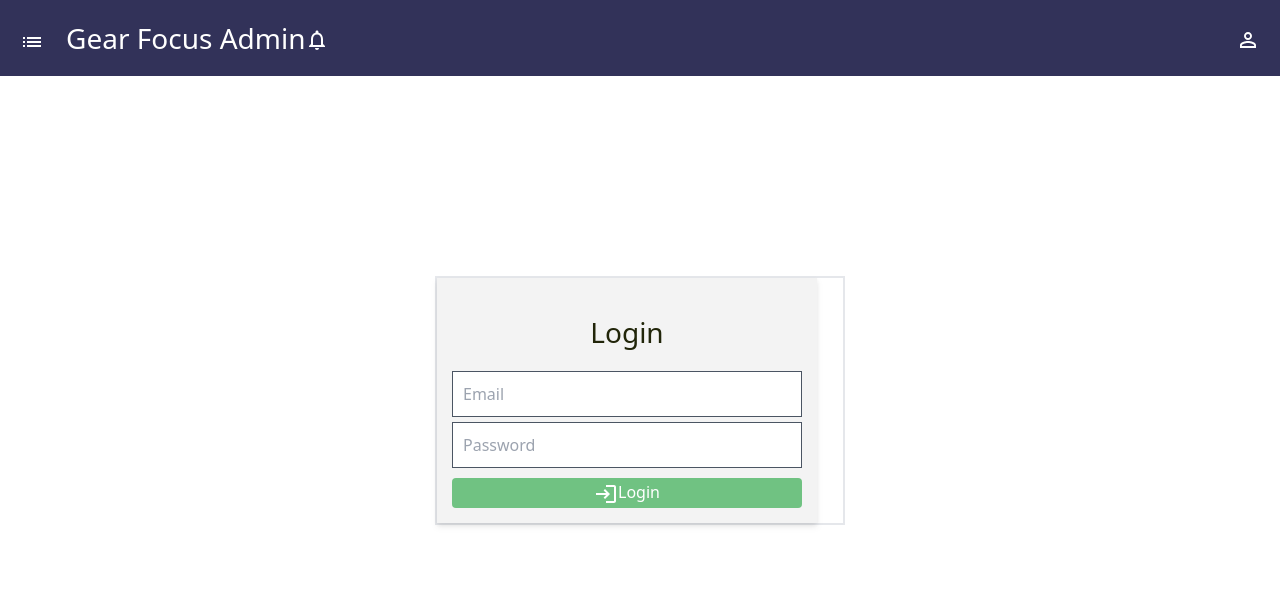
Repository: Kiendz3202/projectFinalPGS
Page: /
These files come from the project's save history. The page is drawn as it stood at one moment and after the next save; the edit follows.
The browser window is 1280 px wide. The pictures show the whole page.
The project was rebuilt for these pictures with package versions that can differ from the ones it lists, and the page was loaded fresh each time. Also part of the build but not shown: src/App.css, src/pages/HomePage.tsx, src/ProtectedRoute.tsx.

Above is the page before, as saved 2022-03-07 22:48:57.

### src/index.tsx
import React from 'react';
import ReactDOM from 'react-dom';
import './index.css';
import App from './App';
import { BrowserRouter} from 'react-router-dom'

ReactDOM.render(
  <BrowserRouter>
    <App />
  </BrowserRouter>,
  document.getElementById('root')
);

### src/App.tsx
import React, { Fragment } from 'react';
import logo from './logo.svg';
import './App.css';
import LoginPage from './pages/LoginPage';
import Router from './Router';
import Header from './components/header/Header';

function App() {
  return (
    <Fragment>
    <Header />
    <Router />
    </Fragment>
  );
}

export default App;

### src/Router.tsx
import React, { lazy } from 'react';
import { Route, Routes,BrowserRouter,Navigate } from 'react-router-dom';
import {ROUTES} from './config/Routes'
import ProtectedRoute from './ProtectedRoute';
import { Suspense } from 'react';


const HomePage = lazy(() => import('./pages/HomePage'));
const LoginPage = lazy(() => import('./pages/LoginPage'));

interface Props {}

const Router = (props: Props) => {

  return (
    <Suspense fallback={<div>Loading.....</div>}>
      <Routes>
        <Route path={ROUTES.login} element={<LoginPage />} />
        <Route path={ROUTES.home} element={<ProtectedRoute />} />
        <Route path="/" element={<Navigate to={ROUTES.login} />} />
      </Routes>
    </Suspense>
  );
};

export default Router

### src/components/header/Header.tsx
import React from 'react'
import ListIcon from '@mui/icons-material/List';
import NotificationsNoneIcon from '@mui/icons-material/NotificationsNone';
import PersonOutlineIcon from '@mui/icons-material/PersonOutline';

function Header() {
  return (
    <div className='w-full p-[20px] bg-[#323259] text-white'>
        <div className='w-full flex justify-between h-[36px] '>
        <div className='leading-[36px]'>
            <ul className='flex'>
                <li className='text-[28px] mr-[22px]'><ListIcon /></li>
                <li className='text-[28px]'>Gear Focus Admin</li>
                <li className=' text-[20px]'><NotificationsNoneIcon /></li>
            </ul>
        </div>
        <div className='leading-[36px]'>
            <PersonOutlineIcon />
        </div>
        </div>
    </div>
  )
}

export default Header

### src/config/Routes.tsx
export const ROUTES = {
    home:'/home',
    login:'/login'
}

### src/pages/LoginPage.tsx
import React,{useState} from 'react'
import { useNavigate } from 'react-router-dom';
import { ILoginValidation } from '../components/auth/auth'
import Login from '../components/auth/Login'


function LoginPage() {
    const [loading, setLoading] = useState(false);
    const [errorMessage, setErrorMessage] = useState('');
    const navigate = useNavigate()
    const onLogin = async (value:ILoginValidation) =>{
      try{
        const response = await fetch('https://api.gearfocus.div4.pgtest.co/api/authentication/login',{
        method:'POST',
        headers:{
          'Content-Type': 'application/json'
        },
        body:JSON.stringify({
          email:value.email,
          password:value.password
        })
      })
      if(!response){
        throw new Error('something wrong')
        return;
      }
      // console.log(response)
        sessionStorage.setItem("statusText",response.statusText)
        navigate('/home')
      }catch(errorMessage){
        console.warn(errorMessage)
      }
    }

    return (
        <Login onLogin={onLogin} loading={loading} errorMessage={errorMessage} />
    )
}

export default LoginPage

### src/components/auth/Login.tsx
import React, { useState } from 'react'
import LoginIcon from '@mui/icons-material/Login';
import { ILoginValidation } from './auth';
import ValidateLoginForm from './ValidateLoginForm';

interface Props{
    onLogin(value:ILoginValidation):void;
    loading:boolean;
    errorMessage:string
}

const InvalidEmailWarn = () => {
    return <p>InValid email address</p>
}
const InvalidPasswordWarn = () => {
    return <p>Invalid password. Password must be at least 6 characters long, and capital letter at the beginning.</p>
}

function Login(props:Props) {
    const {onLogin,loading,errorMessage} = props;
    const [formValue,setFormValue] = useState({email:'',password:''})
    const [isValidated,setIsValidated] = useState({email:'',password:''})
    const [email,setEmail] = useState('');
    const [password,setPassword] = useState('');
    // const onSubmit = React.useCallback((e: React.FormEvent<HTMLElement>) =>{
        // e.preventDefault();
        // setIsValidated(ValidateLoginForm(formValue));
        // if(isValidated.email && isValidated.password){
        //     onLogin(formValue);
        // }else{
        //     return;
        // }
        // console.log(isValidated)
            // onLogin(formValue))
    // }
    const valid = (value:ILoginValidation) =>{
        if(value.email === '' && value.password === ''){
            return true
        }else{
            return false
        }
    }
    const onSubmit = React.useCallback(() => {
        setIsValidated(ValidateLoginForm(formValue));
        console.log(ValidateLoginForm(formValue))
        console.log(valid(ValidateLoginForm(formValue)))
        if (!valid(ValidateLoginForm(formValue))) {
            return;
          }

          onLogin(formValue);

      }, [formValue, onLogin]);
    return (
        <div className=' max-w-[410px] w-full m-auto border-2 mt-[200px]'>
            <form  onSubmit={(e) => {
        e.preventDefault();
        onSubmit();
      }} className='flex flex-col w-[380px] p-[15px] bg-[#f3f3f3] drop-shadow-md'>
                <p className=' text-center text-[#212509] text-[28px] my-[18px]'>Login</p>
                <div className=' justify-center mb-[5px] '>
                    <input onChange={(e) => setFormValue({...formValue,email:e.target.value})} value={formValue.email} type="text" className='w-full p-[10px] border border-gray-600 outline-blue-300' placeholder='Email' />
                    {isValidated.email ?? <p>{isValidated.email}</p>}
                </div>
                <div className=' justify-center mb-[10px] '>
                    <input onChange={(e) => setFormValue({...formValue,password:e.target.value})} value={formValue.password} type="password" className='w-full p-[10px] border border-gray-600 outline-blue-300' placeholder='Password' />
                    {isValidated.password ?? <p>{isValidated.password}</p>}
                </div>
                <button className=' bg-[#70c282] h-[30px] rounded text-white font-medium'>
                    <LoginIcon />
                    Login
                </button>
                {errorMessage ?? <p>email or password is wrong!</p>}
            </form>
        </div>
    )
}

export default Login

### src/components/auth/ValidateLoginForm.tsx
import React from 'react'
import { ILoginValidation } from './auth';

export function ValidateEmail(email:string) {
    let isValidated = String(email)
    .toLowerCase()
    .match(
      /^(([^<>()[\]\\.,;:\s@"]+(\.[^<>()[\]\\.,;:\s@"]+)*)|(".+"))@((\[[0-9]{1,3}\.[0-9]{1,3}\.[0-9]{1,3}\.[0-9]{1,3}\])|(([a-zA-Z\-0-9]+\.)+[a-zA-Z]{2,}))$/
    )
    if(isValidated){
        return '';
    }else{
        return 'emailInvalid'
    }
}
export function ValidatePassword(password:string){
    if(password.length >= 6){
        return ''
    }else{
        return 'min length is 6 characters'
    }
}
export default function ValidateLoginForm(formValue:ILoginValidation){
    return {
        email:ValidateEmail(formValue.email),
        password:ValidatePassword(formValue.password)
    }
}

### src/components/navbar/Navbar.tsx
import React from 'react'

function Navbar() {
  return (
    <div className=' max-w-[216px] px-[20px] py-[10px] h-full bg-[#323259]'>Navbar</div>
  )
}

export default Navbar

Loaded but not shown: public/index.html (common file); src/index.css (common file); tailwind.config.js (common file)

After the next save:
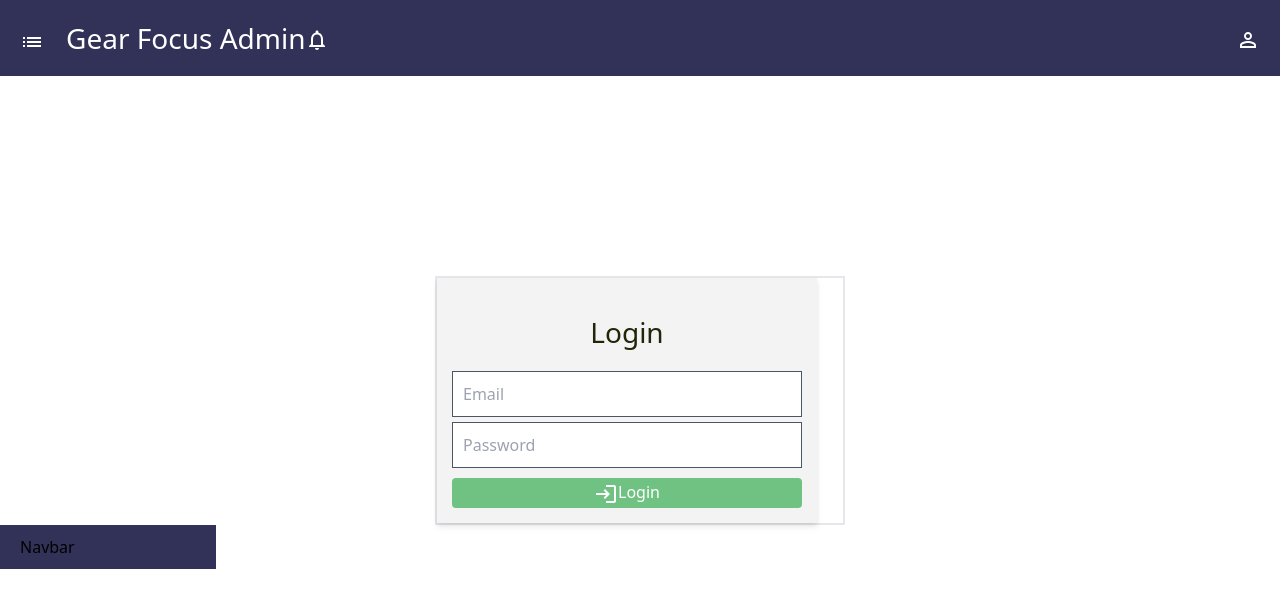
Saved 49 s later.
--- a/src/App.tsx
+++ b/src/App.tsx
@@ -4,12 +4,16 @@ import './App.css';
 import LoginPage from './pages/LoginPage';
 import Router from './Router';
 import Header from './components/header/Header';
+import Navbar from './components/navbar/Navbar';
 
 function App() {
   return (
     <Fragment>
     <Header />
+    <div>
     <Router />
+    <Navbar />
+    </div>
     </Fragment>
   );
 }
